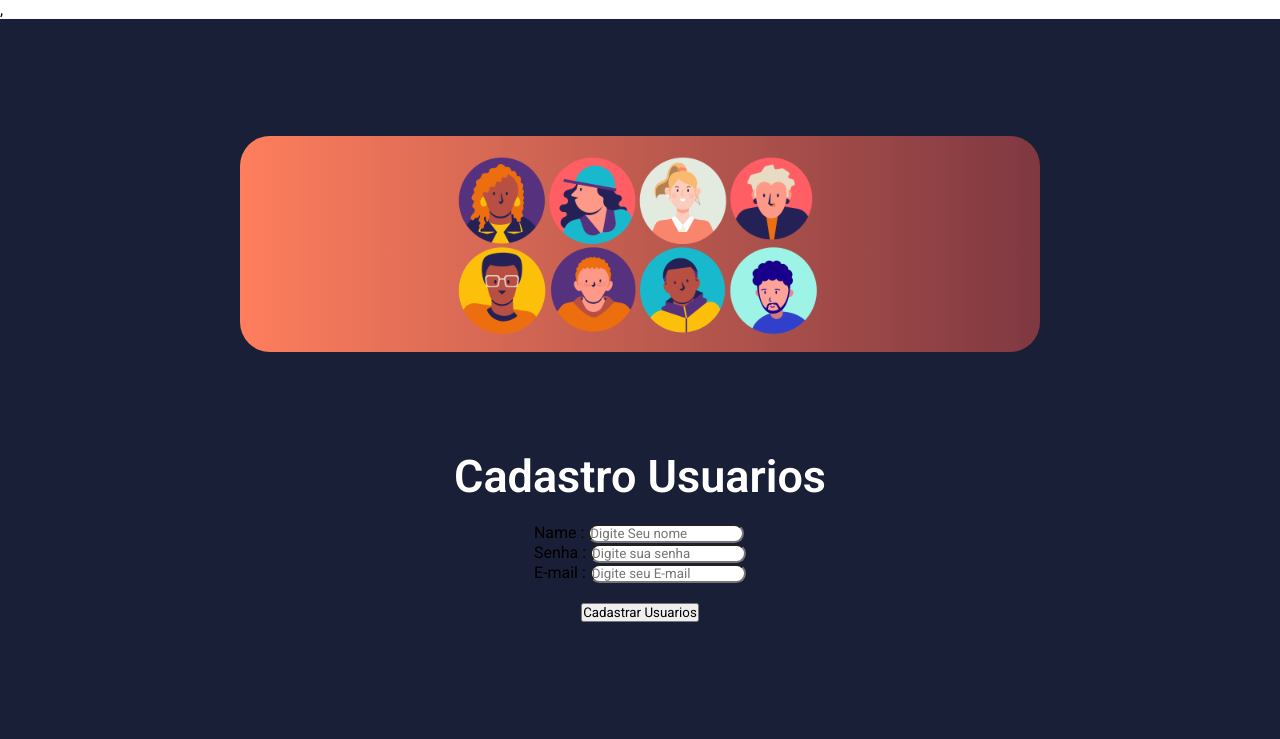
Repository: lcluizrj/meu-projeto-vscode
Page: / (app in cadastro-usuarios-devclub/)
An editor plug-in stored every save of this project. The page is shown before and after a run of saves, followed by the edit.
The browser window is 1280 px wide. The pictures show the whole page.
The project was rebuilt for these pictures with package versions that can differ from the ones it lists, and the page was loaded fresh each time. Also part of the build but not shown: cadastro-usuarios-devclub/vite.config.js.

Above is the page before, as saved 2026-08-15 17:18:37.

### cadastro-usuarios-devclub/index.html
<!doctype html>
<html lang="en">
  <head>
    <meta charset="UTF-8" />
    <link rel="icon" type="image/svg+xml" href="/favicon.svg" />
    <meta name="viewport" content="width=device-width, initial-scale=1.0" />
    <title>cadastro-usuarios-devclub</title>
    <link rel="preconnect" href="https://fonts.googleapis.com">
    <link rel="preconnect" href="https://fonts.gstatic.com" crossorigin>
    <link href="https://fonts.googleapis.com/css2?family=Poppins:wght@300;600&family=Roboto:ital,wght@0,100..900;1,100..900&display=swap" rel="stylesheet">
  </head>
  <body>
    <div id="root"></div>
    <script type="module" src="/src/main.jsx"></script>
  </body>
</html>

### cadastro-usuarios-devclub/src/main.jsx
import React from 'react'
import ReactDOM from 'react-dom/client'
import {GlobalStyles} from './styles/GlobalStyles.js'
import App from './App.jsx'

ReactDOM.createRoot(document.getElementById('root')).render(
  <React.StrictMode>
    <GlobalStyles/>,
    <App />
  </React.StrictMode>,
)

### cadastro-usuarios-devclub/src/styles/GlobalStyles.js
import { createGlobalStyle } from 'styled-components';

export const GlobalStyles = createGlobalStyle`
      *{
        margin: 0;
        padding:0;
        box-sizing:border-box;
        font-family: "Roboto", sans-serif;
       }

`

### cadastro-usuarios-devclub/src/App.jsx
import {Title, Container, Topbackground, Form, ContainerInputs, InputLabel, Input, Button} from "./styles"

import UsersImage from './assets/users.png'

function Home() {

return (
  <Container>
    <Topbackground>
      <img src={UsersImage} alt="Imagens-Usuarios" />
    </Topbackground>

    <Form>
      <Title> Cadastro Usuarios </Title>
      <ContainerInputs>
      <div>
         <div>
         <InputLabel>
         Name <span>: </span>
         </InputLabel>
         <Input type="text" placeholder="Digite Seu nome" />
         </div>

         <div>
         <InputLabel >
          Senha <span>: </span>
          </InputLabel>
         <Input type="number" placeholder="Digite sua senha"/>
         </div>

      </div>
         <div>
         <InputLabel >
          E-mail <span>: </span>
          </InputLabel>
         <Input type="e-mail" placeholder="Digite seu E-mail"/>
         </div>
      </ContainerInputs>
         <Button>Cadastrar Usuarios</Button>
    </Form>


  </Container>
)

}

export default Home

### cadastro-usuarios-devclub/src/styles.js
import styled from 'styled-components'

export const Container = styled.div `
      background-color: #181f36;
      display: flex;
      flex-direction: column;
      align-items: center;
      justify-content: space-evenly;
      padding: 20px;
      height: 100vh;
`

export const Topbackground= styled.div`
      display: flex;
      align-items: center;
      justify-content: center;
      background:linear-gradient(to right, #fe7e5d,#7f3841) ;
      height: 30vh;
      width: 90vw;
      max-width: 800px;
      border-radius: 30px;

img{
      max-width: 100%;
      max-height: 100%;
   }
`

export const Form = styled.form`
      display: flex;
      flex-direction: column;
      align-items: center;
      gap: 20px;
      max-width: 500px;

`
export const Title = styled.h2 `
      color:#fff ;
      text-align: center;
      font-size: 45px;
      font-style: normal;
      font-weight: 600;


`

export const ContainerInputs = styled.div``

export const Input = styled.input`
      border-radius: 10px;
      border: ;


`

export const InputLabel = styled.label``

export const Button = styled.button ``

After the next 3 saves:
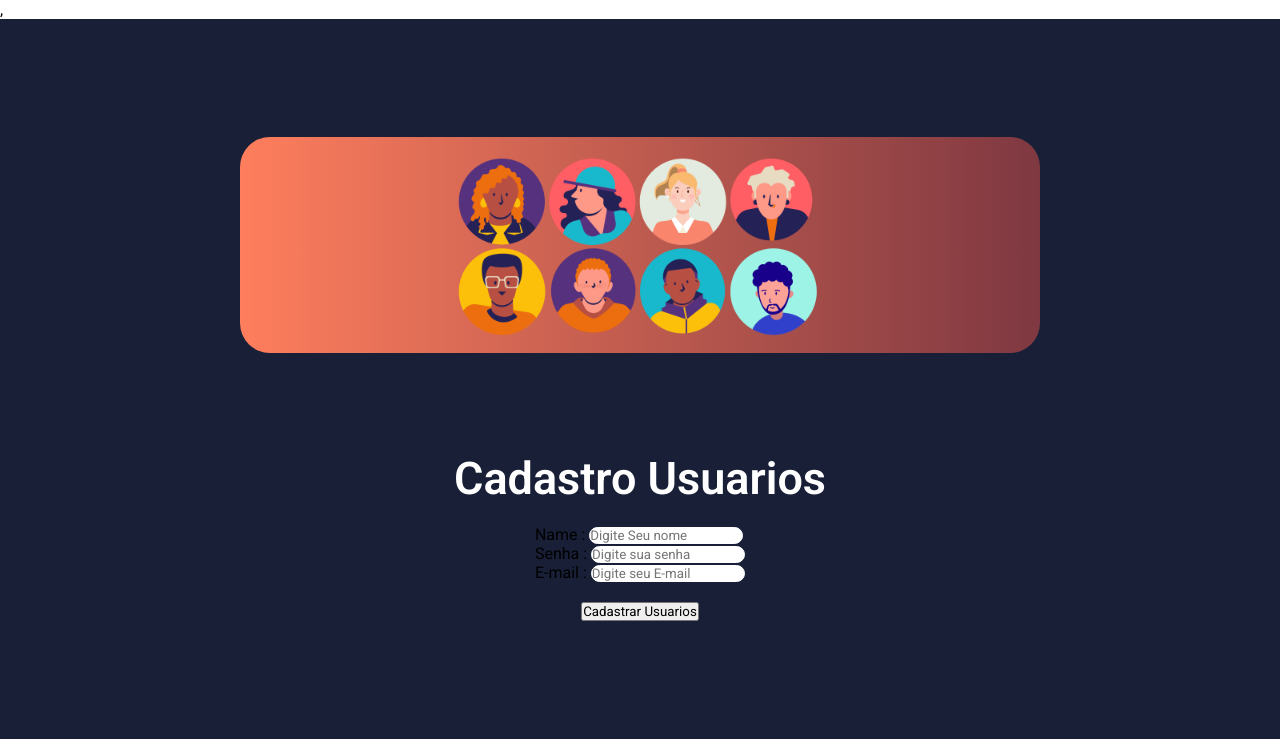
The 3 saves are shown as one change because they came seconds apart.
The last was saved 8 s later.
--- a/cadastro-usuarios-devclub/src/styles.js
+++ b/cadastro-usuarios-devclub/src/styles.js
@@ -48,7 +48,8 @@
 
 export const Input = styled.input`
       border-radius: 10px;
-      border: ;
+      border: 1px solid #fff;
+
 
 
 `

After the save that followed:
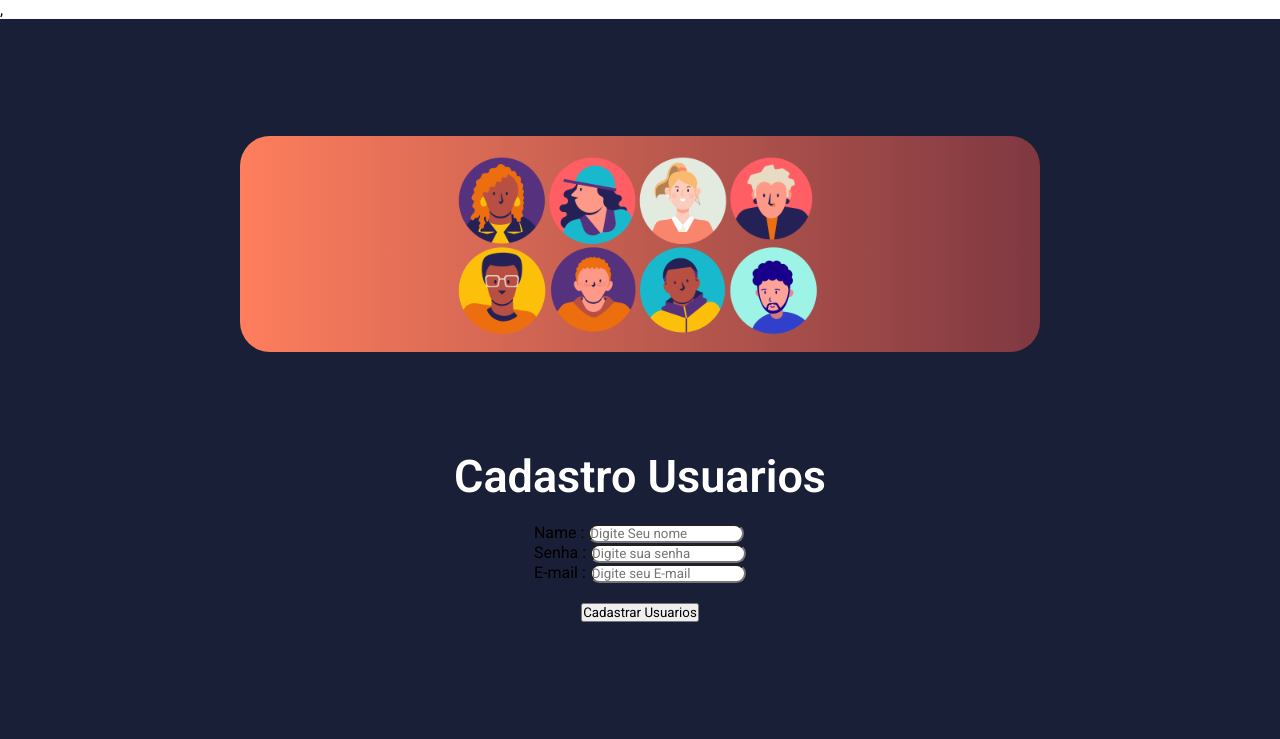
Saved 7 s later.
--- a/cadastro-usuarios-devclub/src/styles.js
+++ b/cadastro-usuarios-devclub/src/styles.js
@@ -48,7 +48,7 @@
 
 export const Input = styled.input`
       border-radius: 10px;
-      border: 1px solid #fff;
+      border: 1px solid #;
 
 
 
